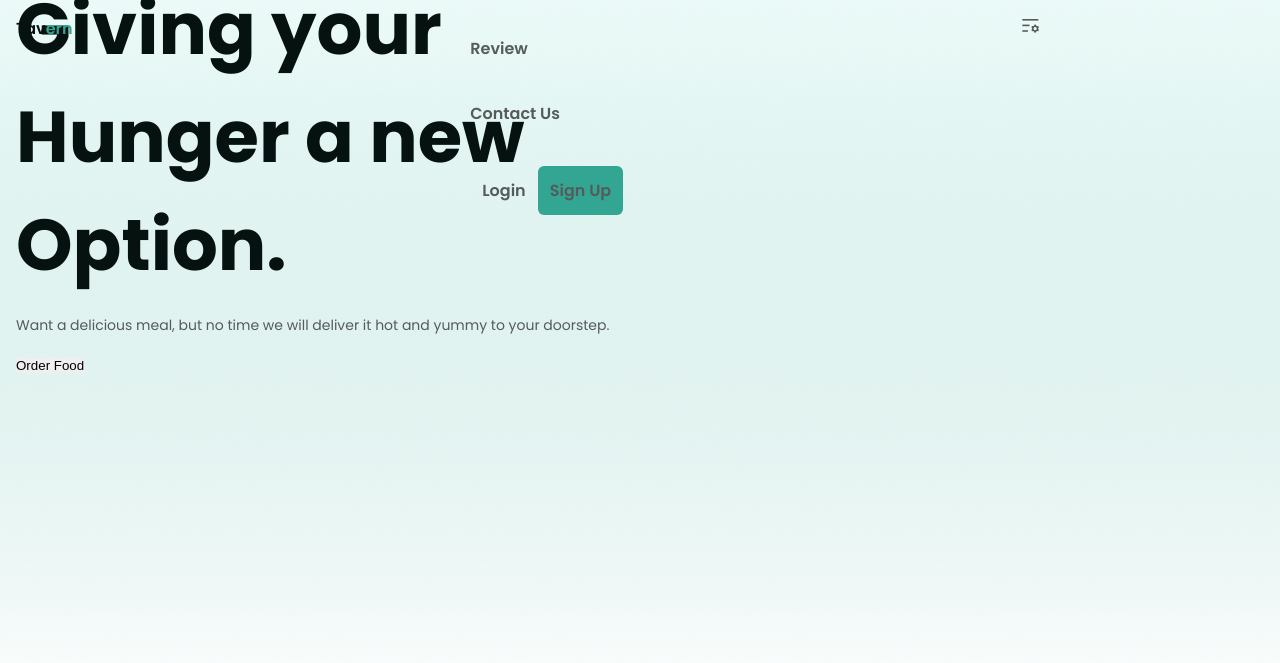
Repository: haokiet2501/tavern-restaurant-landing-page
Page: index.html
These files come from the project's save history. The page is drawn as it stood at one moment and after the next save; the edit follows.
The browser window is 1280 px wide. The pictures show the whole page.
The style sheet was rebuilt from its Sass, Less or Tailwind sources for each picture, by a compiler version that may differ from the author's.

Above is the page before, as saved 2022-07-01 16:16:03.

After the next save:
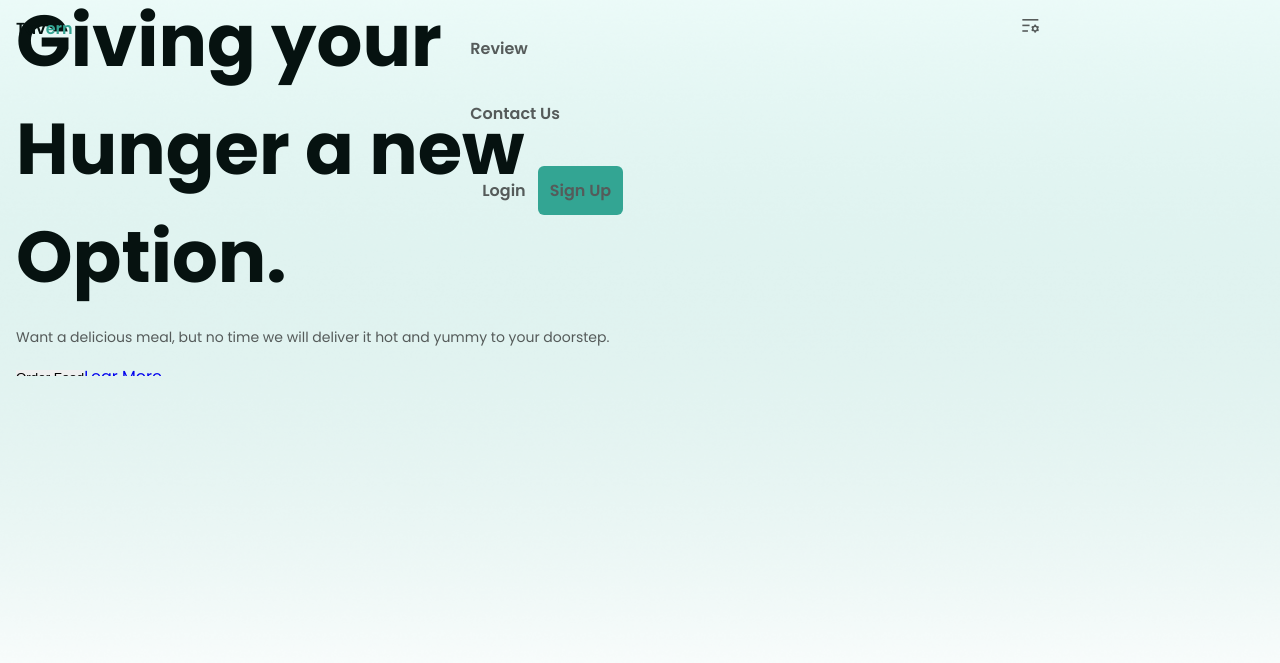
Saved 25 s later.
--- a/sass/main/_main.scss
+++ b/sass/main/_main.scss
@@ -119,4 +119,8 @@
         margin: var(--mb-1) 0;
         font-size: var(--small-font-size);
     }
+
+    &__button {
+        display: flex;
+    }
 }
